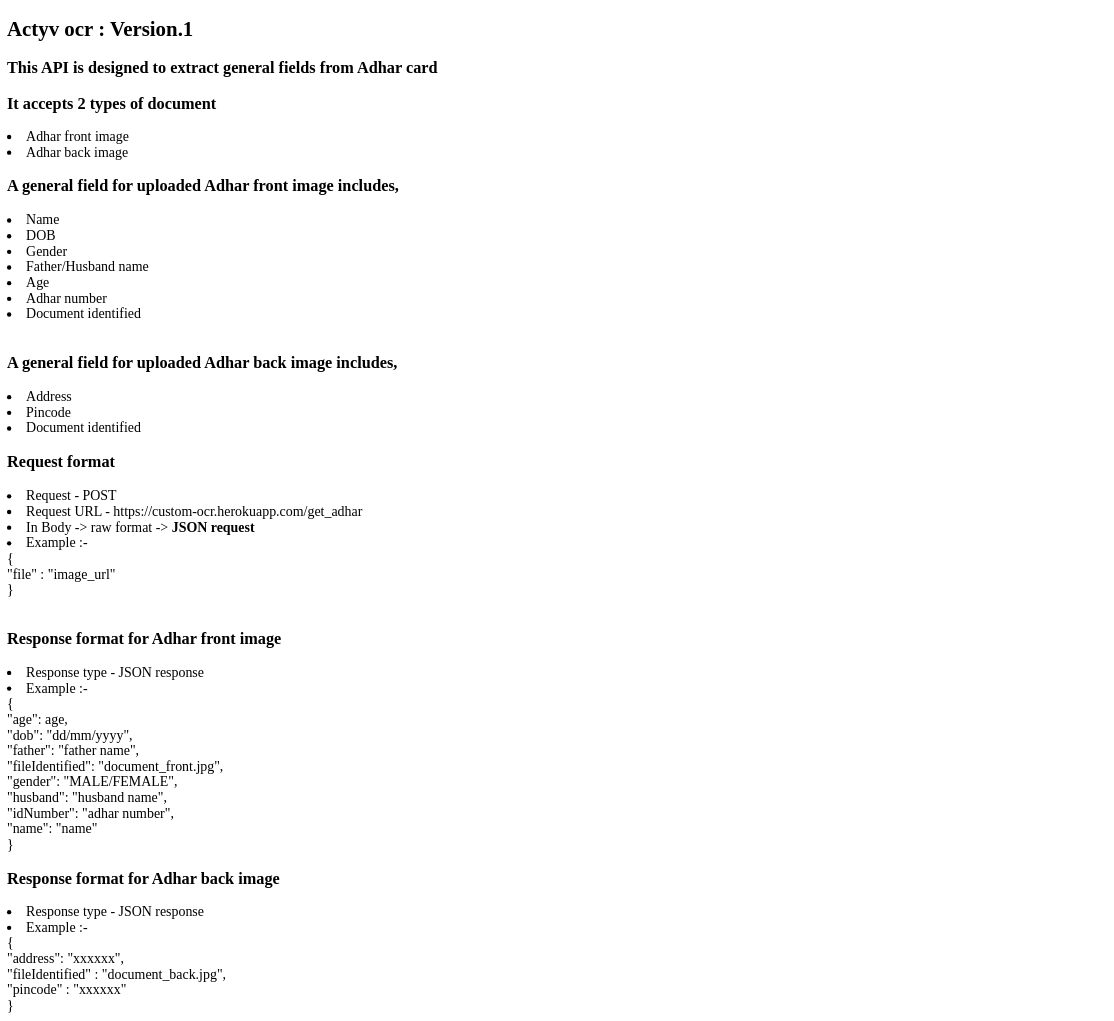
Repository: Sahana-M/OCR-for-Adhar
Page: template/home.html
These files come from the project's save history. The page is drawn as it stood at one moment and after the next save; the edit follows.
The browser window is 1280 px wide. The pictures show the whole page, at 87% of full size.

Above is the page before, as saved 2020-03-25 21:24:00.

### template/home.html
<!DOCTYPE html>
<html lang="en">
<head>
    <meta charset="UTF-8">
    <meta name="viewport" content="width=device-width, initial-scale=1.0">
    <meta http-equiv="X-UA-Compatible" content="ie=edge">
    <title>Actyv OCR</title>
</head>
<body>
        <h2>Actyv ocr : Version.1</h2>
        <h3>This API is designed to extract general fields from Adhar card</h3>
        <h3>It accepts 2 types of document</h3>
        <li>Adhar front image</li>
        <li>Adhar back image</li>
        <h3>A general field for uploaded Adhar front image includes, </h3>
        <li>Name</li>
        <li>DOB</li>
        <li>Gender</li>
        <li>Father/Husband name</li>
        <li>Age</li>
        <li>Adhar number</li>
        <li>Document identified</li>
        <br>

        <h3>A general field for uploaded Adhar back image includes, </h3>
        <li>Address</li>
        <li>Pincode</li>
        <li>Document identified</li>

        <h3>Request format</h3>
        <li>Request     - POST</li>
        <li>Request URL - https://custom-ocr.herokuapp.com/get_adhar</li>
        <li>In Body     -> raw format    -> <b>JSON request</b></li>
        <li>Example :- <br>
            {<br>
            "file" : "image_url"<br>
            }</li><br>

        <h3>Response format for Adhar front image</h3>
        <li>Response type - JSON response</li>
        <li>Example :- <br>
        {<br>
            "age": age,<br>
            "dob": "dd/mm/yyyy",<br>
            "father": "father name",<br>
            "fileIdentified": "document_front.jpg",<br>
            "gender": "MALE/FEMALE",<br>
            "husband": "husband name",<br>
            "idNumber": "adhar number",<br>
            "name": "name"<br>
        }</li>

        <h3>Response format for Adhar back image</h3>
        <li>Response type - JSON response</li>
        <li>Example :- <br>
        {<br>
            "address": "xxxxxx", <br>
            "fileIdentified" : "document_back.jpg", <br>
            "pincode" : "xxxxxx"<br>
        }</li>
    </body>
</html>

After the next save:
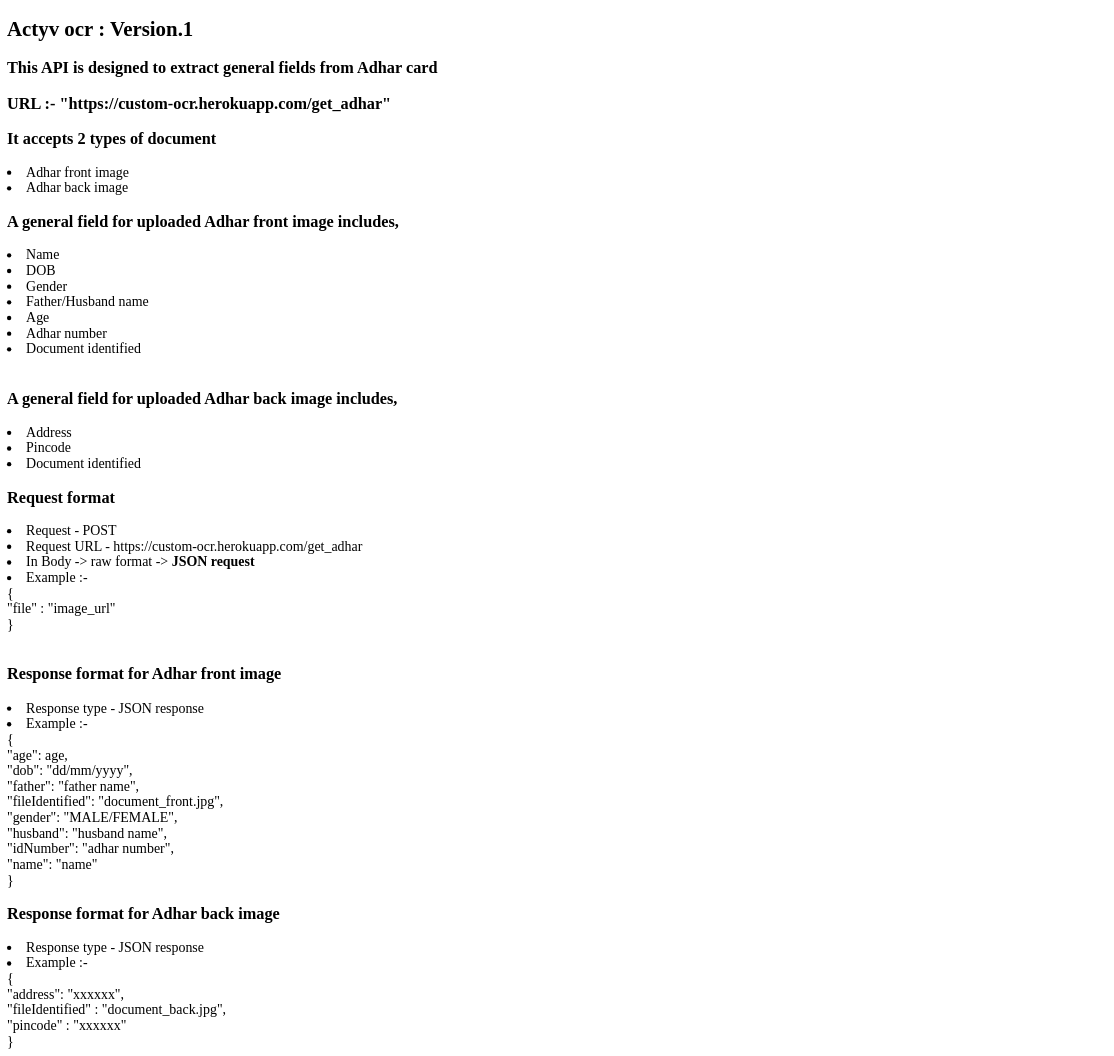
Saved 56 s later.
--- a/template/home.html
+++ b/template/home.html
@@ -9,6 +9,7 @@
 <body>
         <h2>Actyv ocr : Version.1</h2>
         <h3>This API is designed to extract general fields from Adhar card</h3>
+        <h3><b>URL :- "https://custom-ocr.herokuapp.com/get_adhar"</b></h3>
         <h3>It accepts 2 types of document</h3>
         <li>Adhar front image</li>
         <li>Adhar back image</li>
